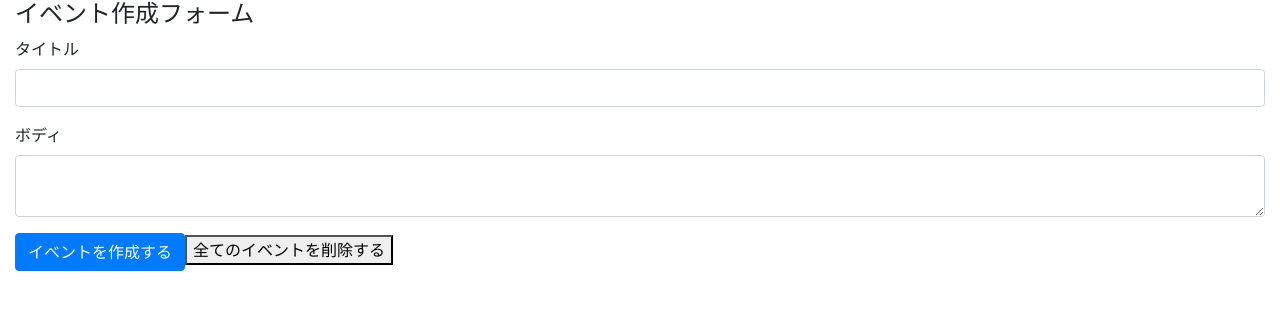
Repository: sie-fufu/react-hooks-101
Page: /
An editor plug-in stored every save of this project. The page is shown before and after the next save, followed by the edit.
The browser window is 1280 px wide. The pictures show the whole page.
The project was rebuilt for these pictures with package versions that can differ from the ones it lists, and the page was loaded fresh each time.

Above is the page before, as saved 2022-01-09 16:48:13.

### src/components/App.js
import React from "react";

import "bootstrap/dist/css/bootstrap.min.css";

const App = () => {
  return (
    <div className="container-fluid">
      <h4>イベント作成フォーム</h4>
      <form>
        <div className="form-group">
          <label htmlFor="formEventTitle">タイトル</label>
          <input className="form-control" id="formEventTitle" />
        </div>

        <div className="form-group">
          <label htmlFor="formEventBody">ボディ</label>
          <textarea className="form-control" id="formEventBody" />
        </div>

        <button className="btn btn-primary">イベントを作成する</button>
        <button>全てのイベントを削除する</button>
      </form>
    </div>
  );
};

export default App;

Loaded but not shown: public/index.html (common file); src/index.js (common file)

After the next save:
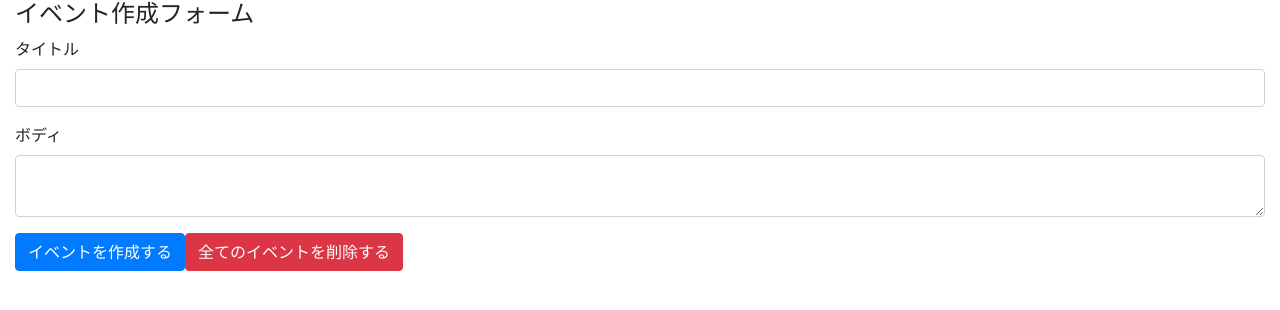
Saved 49 s later.
--- a/src/components/App.js
+++ b/src/components/App.js
@@ -18,7 +18,7 @@ const App = () => {
         </div>
 
         <button className="btn btn-primary">イベントを作成する</button>
-        <button>全てのイベントを削除する</button>
+        <button className="btn btn-danger">全てのイベントを削除する</button>
       </form>
     </div>
   );
